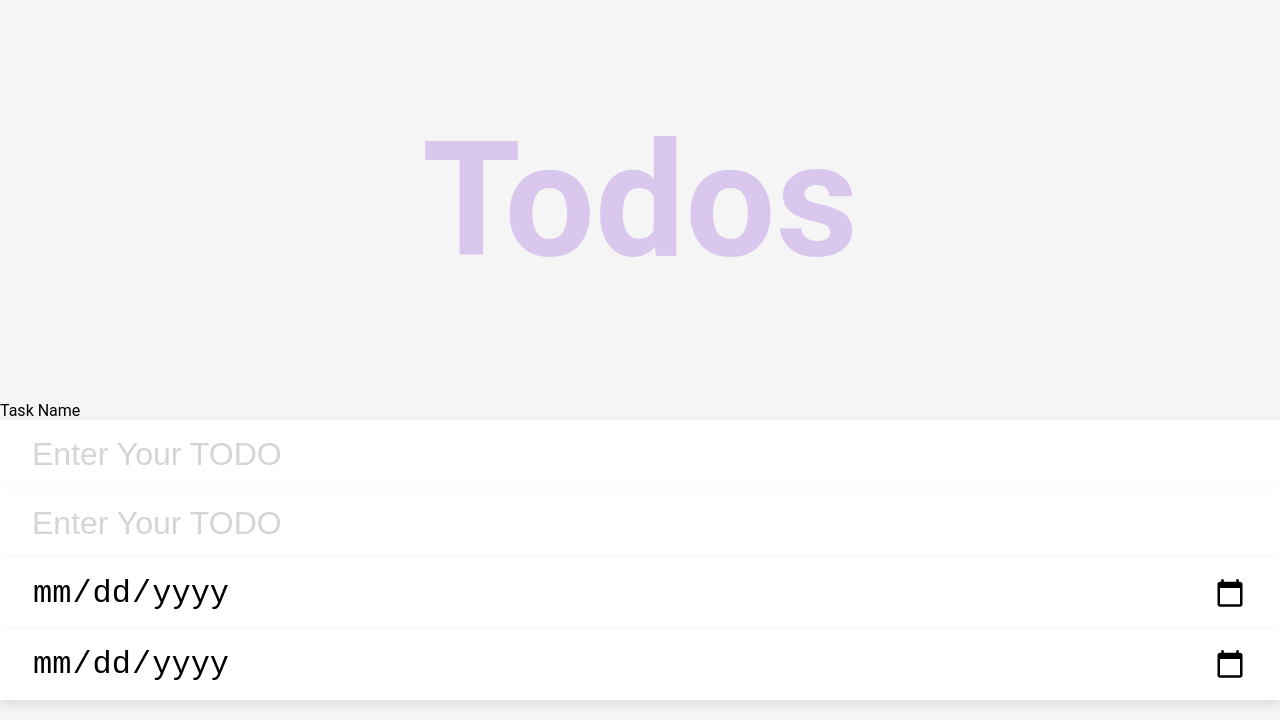
Repository: Surahailat/TypeScript
Page: Mini project 10-3/Project-TS.html
An editor plug-in stored every save of this project. The page is shown before and after a run of saves, followed by the edit.
The browser window is 1280 px wide. The pictures show the whole page.

Above is the page before, as saved 2025-03-10 12:41:40.

After the next 2 saves:
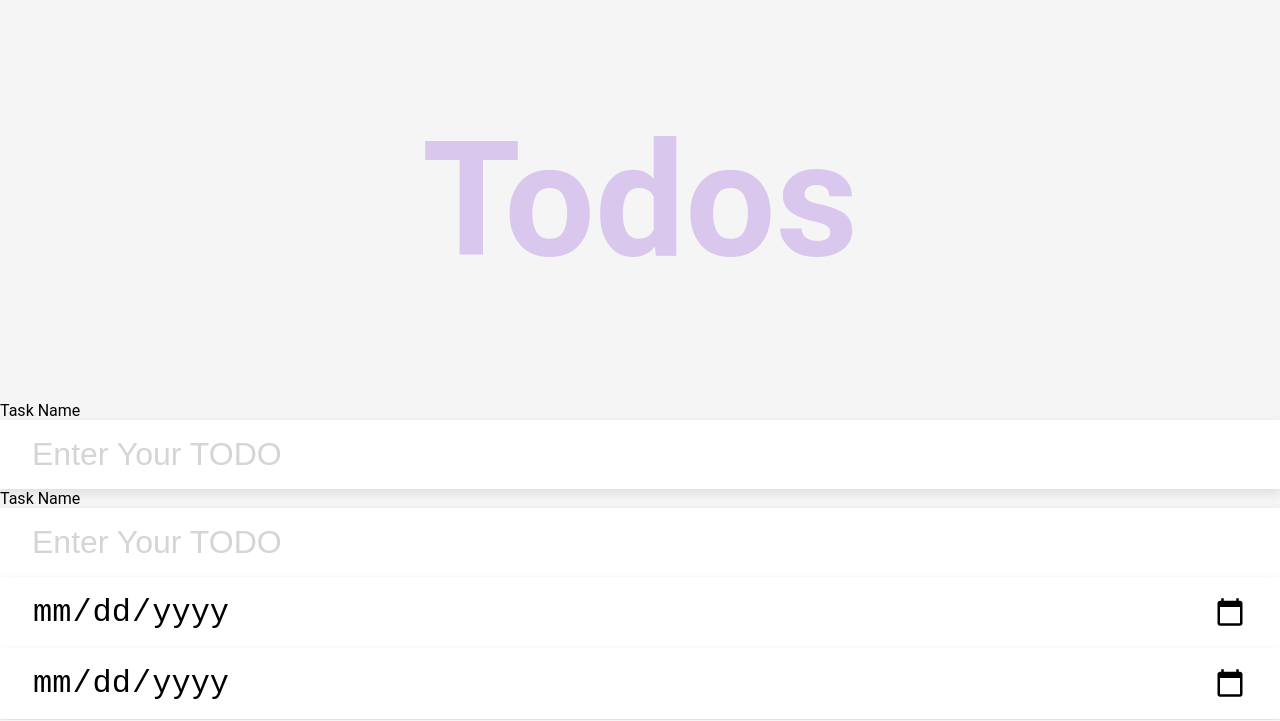
The 2 saves are shown as one change because they came seconds apart.
The last was saved 11 s later.
--- a/Mini project 10-3/Project-TS.html
+++ b/Mini project 10-3/Project-TS.html
@@ -45,6 +45,7 @@
     <h1>Todos</h1>
     <Label>Task Name</Label>
     <input type="text" class="input" placeholder="Enter Your TODO" autocomplete="off" id="input">
+    <Label>Task Name</Label>
     <input type="text" class="input" placeholder="Enter Your TODO" autocomplete="off" id="input">
     <input type="date" class="input" placeholder="Enter Your TODO" autocomplete="off" id="input">
     <input type="date" class="input" placeholder="Enter Your TODO" autocomplete="off" id="input">
